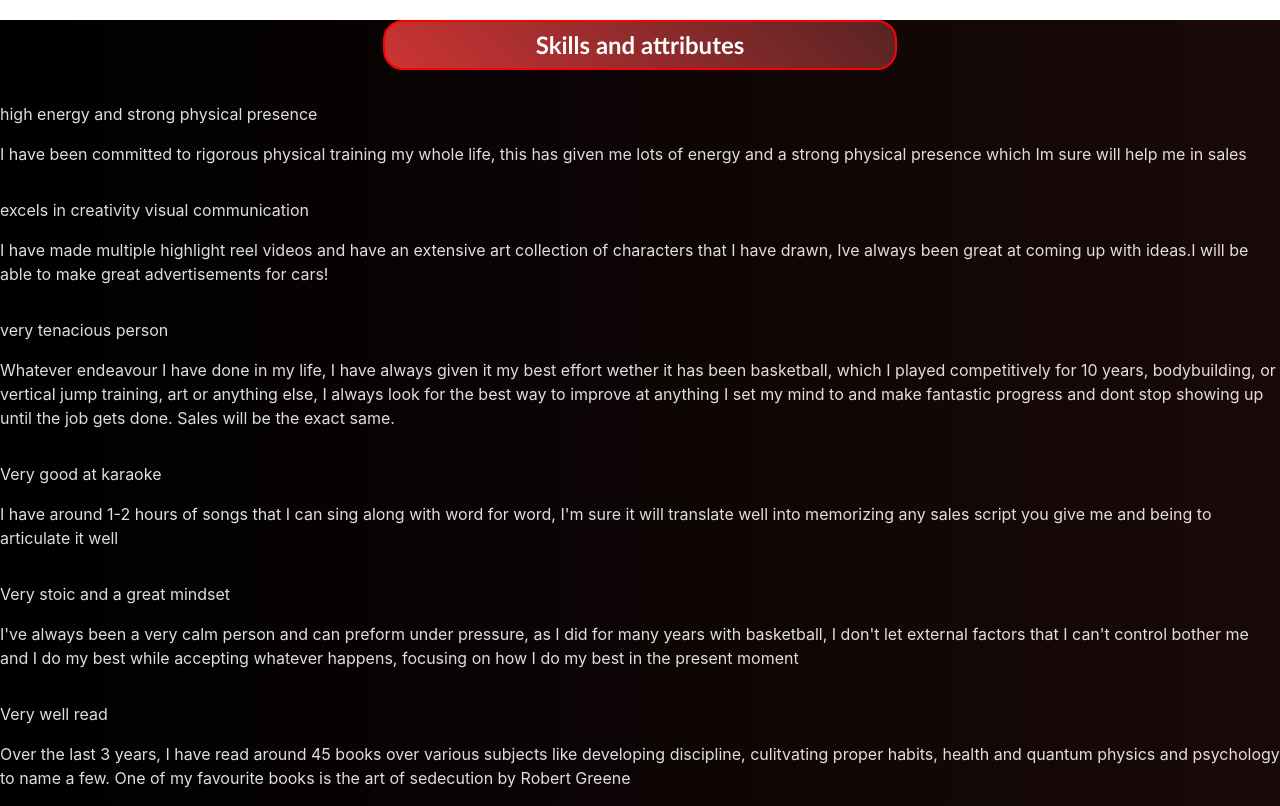
Repository: TMuse333/resume1
Page: /
An editor plug-in stored every save of this project. The page is shown before and after the next save, followed by the edit.
The browser window is 1280 px wide. The pictures show the whole page.
The project was rebuilt for these pictures with package versions that can differ from the ones it lists, and the page was loaded fresh each time. Also part of the build but not shown: vite.config.js, src/components/navbar.jsx, src/components/about.jsx, src/components/contact.jsx, src/components/footer.jsx, src/components/experience.jsx, src/components/carousel.jsx, src/components/experienceCarousel.jsx and 4 more. Imported but missing from the stored project, and not drawn on this page: src/images/best_dunk.mp4.

Above is the page before, as saved 2023-10-18 15:07:23.

### index.html
<!doctype html>
<html lang="en">
  <head>
    <meta charset="UTF-8" />

    <meta name="viewport" content="width=device-width, initial-scale=1.0" />
    <title>Thomas Musial Resume 1</title>
  </head>
  <body>
    <div id="root"></div>
    <script type="module" src="/src/main.jsx"></script>
  </body>
</html>

### src/main.jsx
import './index.css'
import * as React from 'react';
import { StrictMode } from 'react';
import { createRoot } from 'react-dom/client';
import { BrowserRouter } from 'react-router-dom';

import App from './App';

const rootElement = document.getElementById('root');
const root = createRoot(rootElement);

root.render(
  <StrictMode>
    <BrowserRouter>
      <App />
    </BrowserRouter>
  </StrictMode>
);

### src/index.css
:root {
  font-family: Inter, system-ui, Avenir, Helvetica, Arial, sans-serif;
  line-height: 1.5;
  font-weight: 400;

  /* color-scheme: light dark; */
  color: rgba(255, 255, 255, 0.87);
  background-color: #242424;

  font-synthesis: none;
  text-rendering: optimizeLegibility;
  -webkit-font-smoothing: antialiased;
  -moz-osx-font-smoothing: grayscale;
  -webkit-text-size-adjust: 100%;
}

a {
  font-weight: 500;
/* color:black; */
  text-decoration: inherit;
}
a:hover {

}

body {
  margin: 0;
  display: flex;
  place-items: center;
  min-width: 320px;
  min-height: 100vh;
}

h1 {
  font-size: 3.2em;
  line-height: 1.1;
}

button {
  border-radius: 8px;
  border: 1px solid transparent;
  padding: 0.6em 1.2em;
  font-size: 1em;
  font-weight: 500;
  font-family: inherit;

  cursor: pointer;
  transition: border-color 0.25s;
}
button:hover {

}
button:focus,
button:focus-visible {

}

@media (prefers-color-scheme: light) {
  :root {
    /* color: #213547; */
    background-color: #ffffff;
  }
  a:hover {

  }
  button {
    background-color: #f9f9f9;
  }
}

### src/App.jsx
import { useState } from 'react'
import './App.css'
import {
  BrowserRouter as Router,

  Route, Routes

} from "react-router-dom";




import MainLayout from './components/MainLayout';

import { SkillProvider } from './context/context'
import FAQ from './components/FAQ';
import Progress from './components/progress';


function App() {
  return (
    <>

    <SkillProvider>
   <Routes>

      <Route path='/' element={<MainLayout/>}/>
     <Route path="/FAQ" element={<FAQ/>}/>
     <Route path="/progress" element={<Progress/>}/>
      </Routes>
      </SkillProvider>


   </>
  );
}

export default App;

### src/components/MainLayout.jsx
import React from 'react';
import Navbar from './navbar';
import About from './about';
import Skills from './skills';

import ContactForm from './contact';
import Footer from './footer';
import Carousel from './carousel';



import ExperienceCarousel from './experienceCarousel';
import BulletPointList from './bulletPointList';

 // Replace with the actual path to your Navbar component

function MainLayout({ children }) {
  return (
   <>
   {/* <Navbar/> */}
   {/* <About/> */}
   <Skills/>
   {/* <BulletPointList/> */}
  {/* <Carousel/> */}
    {/* <ExperienceCarousel/> */}
    {/* <ContactForm/> */}
    {/* <Footer/> */}
    </>


  );
}

export default MainLayout;

### src/context/context.jsx
// SkillContext.js

import React, { createContext, useContext, useState } from 'react';

// Create the SkillContext
const SkillContext = createContext();

// Create a custom hook for accessing the SkillContext
export function useSkillContext() {
  return useContext(SkillContext);
}

// Create the SkillProvider component
export function SkillProvider({ children }) {
  const [selectedSkillIndex, setSelectedSkillIndex] = useState(null);

  return (
    <SkillContext.Provider value={{ selectedSkillIndex, setSelectedSkillIndex }}>
      {children}
    </SkillContext.Provider>
  );
}

### src/components/skills.jsx
import React, { useEffect, useState } from 'react';
import { motion } from 'framer-motion';
import { attributes } from './skillDesc';

import { services } from './skillDesc';
import { useSkillContext } from '../context/context';

const Skills = () => {
  const [skillsInView, setSkillsInView] = useState(Array(services.length).fill(false));
  const { selectedSkillIndex, setSelectedSkillIndex } = useSkillContext();
  const [isHovered, setIsHovered] = useState(-1)
  const [isSkillDescriptionVisible, setIsSkillDescriptionVisible] = useState(Array(services.length).fill(false));


  const handleSkillClick = (index) => {
    setSelectedSkillIndex(index);
    console.log(selectedSkillIndex)

    setIsSkillDescriptionVisible((prev) => {
      const newIsSkillDescriptionVisible = [...prev];
      newIsSkillDescriptionVisible[index] = !prev[index];

      return newIsSkillDescriptionVisible;
    });
  };



  const handleHover = () => {
        setIsHovered(index)
  }


  const style = (index) =>( {

    height: selectedSkillIndex === index  && isSkillDescriptionVisible[index]? '375px' : '200px',
    transition: 'height 0.3s ease-in-out',
  })





  const staggerVariants = {
    visible: (index) => ({
      opacity: 1,
      x: 0,
       // Always start from the center
      transition: {
        duration:  + 0.5,
      },
    }),
    hidden: (index) => ({
      opacity: 0,
      x: -100, // Alternate between left and right
    }),
  };

  const skillStyles = (index) => ({
    // boxShadow: isHovered === index ? '0 0 100px rgba(10, 128, 0, 1)' : null,
    backgroundColor: isHovered === index ? 'rgba(305, 100, 100, 1)' : 'transparent',

    transform: isHovered === index ? 'scale(1.2)' : 'scale(1)',
    padding: '10px',
    borderRadius: '30px'

});

  useEffect(() => {
    const handleScroll = () => {
      services.forEach((skill, index) => {
        const skillsSection = document.getElementById(`skill-${index}`);
        if (skillsSection) {
          const { top} = skillsSection.getBoundingClientRect();


          const threshold = 100

          // Check if the skills section is in the viewport with the calculated threshold
          const isInView = top < window.innerHeight - threshold  ;
      //    console.log(`Skill ${index} - top: ${top}, window.innerHeight - threshold: ${window.innerHeight - threshold}, isInView: ${isInView}`);
          // Update the skillsInView array with the new in-view state
          setSkillsInView((prevSkillsInView) => {
            const newSkillsInView = [...prevSkillsInView];
            newSkillsInView[index] = isInView || prevSkillsInView[index]; // Update the state to true if already in view
            return newSkillsInView;
          });
        }
      });
    };

    // Add an event listener for scroll
    window.addEventListener('scroll', handleScroll);

    // Clean up the event listener when the component unmounts
    return () => {
      window.removeEventListener('scroll', handleScroll);
    };
  }, []);




  return (
    <section className="skills-section">
      <h2 className="section-title">Skills and attributes</h2>
      <div className="skills-container ">
        {attributes.map((skill, index) => (
         <div>
          <p>{skill.name}</p>
          <p>{skill.description}</p>
         </div>
        ))}
      </div>
    </section>
  );
};

export default Skills;

### src/components/skillDesc.js
import vegeta from '../images/vegeta-battle.png';
import majinVegeta from '../images/majin-vegeta.png'
import kakashi from '../images/kakashi-susanoo.jpg'
import abu from '../images/abu.png'
import obito from '../images/war_obito.jpg'
import ss1goku from '../images/ss1-goku.png'
import kakashi1 from '../images/first-kakashi.jpg'
import itachi1 from '../images/first-itachi.png'
import susanoo from '../images/susanoo.jpg'
import abuFlex from '../images/aboubacar-5-fire.png'
import vegeta1 from '../images/first-vegeta.png'
import abu1 from '../images/abu3.jpg'
import broly from '../images/broly.jpg'



import dunk from '../images/important_dunk.jpg'
import art from '../images/vegeta_progress.jpg'
import muscle from '../images/muscular_thomas.png'
import goku from '../images/goku-vs-jiren.jpg'

import smallTom from '../images/progress-pics/biggerTMuse.jpg'
import biggerTom from '../images/progress-pics/biggerTMuse.jpg'






export const experiences = [
  {
    title: 'Gym progress',
    description: 'Since the age of 13, I have been dedicated to building a strong body through weight training. '+
    'This has given me a high work capacity and how to deal with stress and work through it, which Im sure is an important skill for sales',
    image: muscle,
    height: 200,
    width: 30,
    maxWidth: 350,
    index:0


  },
  {
    title: 'Drawing progress',
    description: 'Ever since I was a young boy, I have been into drawing, it taught me how to really focus on a particular object and copy it detail for detail '+
    'I am sure I will be able to apply the focus and attention to detail into a sales career! Im sure it will also translate into creating useful and unique advertisements!',
    image: abuFlex,
    height: 50,
    width: 80,
    maxWidth: '300',
    index:1


  },
  {
    title: 'Dunking progress',
    description: "Wanting to ability to dunk for basketball, I dedicated myself to vertical jump training, "+
    "which took a lot more effort and planning than regular bodybuilding. "+
    "I will take the same structured approach to learning the art of sales!",
    image: dunk,
    height: 500,
    width: 250,
    maxWidth: '300',
    index:2

  },


]





  export const services = [
    {
      name: 'A very disciplined and focused individual',
      description: 'I live a very structured life to ensure that no precious time is wasted.'+
      'I always ensure to get around 2 to 4 hours of concentrated work with no distractions in a day while going to the gym first thing in the morning.'+
      ' while ending the day with an hour long meditation.'
    },
    // {
    //   name: 'Strong thirst for knowledge',
    //   description: 'I am always looking for new ways to improve my life and learn how the world works and why. '+
    //   'Over the last two years I have read approximately 45 books covering subjects on self development, psychology and quantum physics among other subjects '+
    //   "to try and understand the best way to navigate through life"
    // },
    // {
    //   name: 'Very calm individual and high stress tolerance',
    //   description: "As a very focused person, I dont let other meaningless external factors effect the primary objective."+
    //   'Through years of competitive basketball and years of weight lifting, I have learned how to preform under pressure situations '+
    //   'and complete the objective. I also practice stoicism and accept things the way they are and focus only on what I can control.'
    // },
    // {
    //   name: 'Very coachable',
    //   description:
    //   'Through out my basketball years I was very obidient to my coaches and did as I was told.'+
    //   'I will take whatever sales training you give me very seriously and do my best to implement it effectivley'
    // },
    // {
    //   name: 'Very tenacious',
    //   description: `Whatever task or subject I've taken on in my life, I have dedicated substantial periods of time to improve at it,` +
    //   'Whenever I put my mind to something I put all of my effort into it and made great improvements at it.'+
    //   " I am ready for sales to be the next thing I become great at."
    // },
    // {
    //   name: 'Competent with technology',
    //   description: 'I completed two years of computer science at Dalhousie university, giving me a solid foundation on how '+
    //   "to use technology. I even built this website myself!"
    // },
    // {
    //   name: 'Very well presented',
    //   description: 'I am aware that how you present yourself matters in a sales job '+
    //   "and I put substantial effort into my appearance by staying in great shape and putting together nice business orientated outfits on to be taken seriously"
    // },
    // {
    //   name: 'Thrives on diligence and hard work.',
    //   description: 'I am a man who is built to work, especially at my young age of 20 where I have large amounts of energy to expend.'+
    //   `I always put my best effort forward because I dislike being lazy and wasting all of my potential, as you only live once.` +
    //   'Where ever I go I put my best foot forward and do my best to gain the maximum benefit from anything I do'
    // },
    // Add more services here if needed
  ];


export const progress = [


  {
    name:'art progress',
    images:[
      {
        name:vegeta1,
        style: {
          width:'50vw',
          maxWidth: '400px',
          maxHeight: null,
          transform: 'translateY(25%)'
        }
      },

      {
        name:vegeta,
        style: {
          width:'50vw',
          maxWidth: '400px',
          maxHeight:'600px'
        }
      },
      {
        name:ss1goku,
        style: {
          width:'50vw',
          maxWidth: '400px',
          maxHeight: '454px',
          transform: 'translateY(25%)',
         // height:'454px'
        }
      },
      {
        name:broly,
        style: {
          width:'50vw',
          maxWidth: '400px',
          maxHeight:'600px'
        }
      },
      {
        name:kakashi1,
        style: {
          width:'50vw',
          maxWidth: '400px',
          maxHeight: null,
          transform: 'translateY(25%)'
        }
      },
      {
        name:kakashi,
        style: {
          width:'50vw',
          maxWidth: '400px',
          maxHeight:'600px'
        }
      },
      {
        name:abu1,
        style: {
          width:'50vw',
          maxWidth: '400px',
          maxHeight:'600px',
        //  height: '231px'
        }
      },
      {
        name:abuFlex,
        style: {
          width:'50vw',
          maxWidth: '400px',
          maxHeight:'600px',
          transform: 'translateY(20%)',
      //  height:'311px'
        }
      },

    ],
    description:
    'art is phenomenal'

  },

]


export const attributes = [
  {
    name: 'high energy and strong physical presence',
    description:'I have been committed to rigorous physical training my whole life, '+
    'this has given me lots of energy and a strong physical presence which Im sure will '+
    'help me in sales'
  },
  {
    name:'excels in creativity visual communication',
    description:'I have made multiple highlight reel videos and have an extensive art '+
    'collection of characters that I have drawn, Ive always been great at coming up with ideas.'+
    'I will be able to make great advertisements for cars!'
  },
  {
    name:'very tenacious person',
    description:'Whatever endeavour I have done in my life, I have always given it my best effort '+
    'wether it has been basketball, which I played competitively for 10 years, bodybuilding, or vertical jump training, art or '+
    'anything else, I always look for the best way to improve at anything I set my mind to and make fantastic progress and dont stop '+
    'showing up until the job gets done. Sales will be the exact same.'
  },
  {
    name:'Very good at karaoke',
    description:'I have around 1-2 hours of songs that I can sing along with word for word, '+
    "I'm sure it will translate well into memorizing any sales script you give me and being to articulate it well"
  },
  {
    name:'Very stoic and a great mindset',
    description:"I've always been a very calm person and can preform under pressure, as I did for many years "+
    "with basketball, I don't let external factors that I can't control bother me and I do my best while accepting whatever happens, "+
    "focusing on how I do my best in the present moment"
  },
  {
    name:'Very well read',
    description:'Over the last 3 years, I have read around 45 books over various subjects like developing discipline, culitvating proper habits, '
    +'health and quantum physics and psychology to name a few. One of my favourite books '+
    'is the art of sedecution by Robert Greene'
  }

]

Loaded but not shown: src/App.css (713 lines, source omitted)

After the next save:
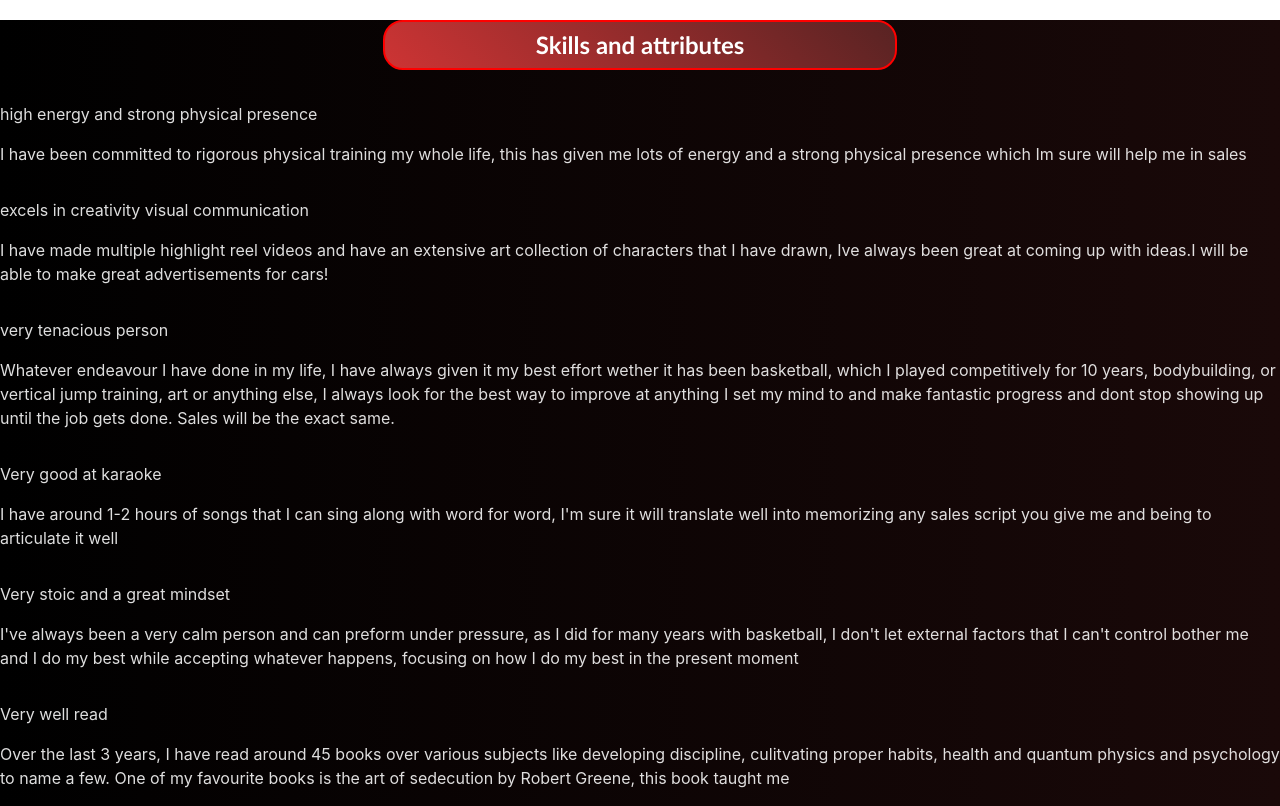
Saved 7 s later.
--- a/src/components/skillDesc.js
+++ b/src/components/skillDesc.js
@@ -246,7 +246,7 @@ export const attributes = [
     name:'Very well read',
     description:'Over the last 3 years, I have read around 45 books over various subjects like developing discipline, culitvating proper habits, '
     +'health and quantum physics and psychology to name a few. One of my favourite books '+
-    'is the art of sedecution by Robert Greene'
+    'is the art of sedecution by Robert Greene, this book taught me'
   }
 
 ]
